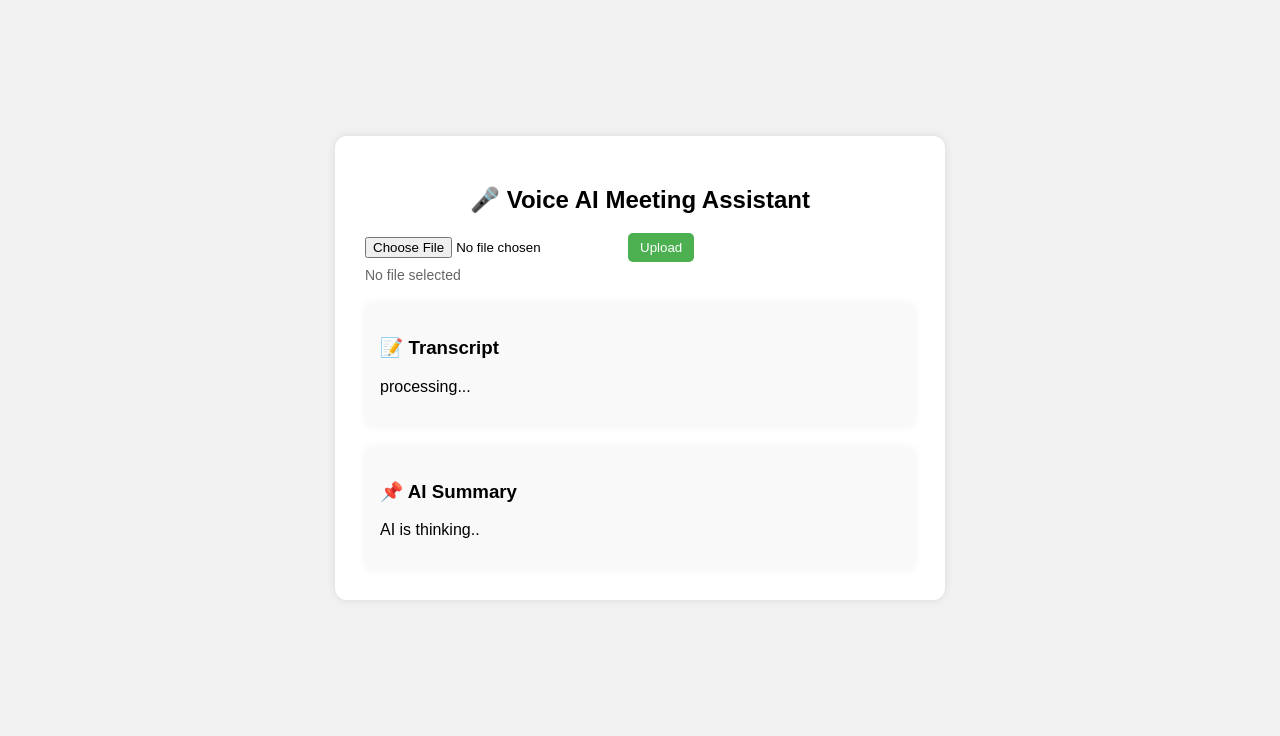
Repository: MujtabaHabib/Voice-AI-Meeting-Assistant
Page: index.html
The author's editor kept a copy of each file at every save. The page is drawn from the files as they stood at one save, then again after the next save.
The browser window is 1280 px wide. The pictures show the whole page.
After loading, the first visible `button` was clicked once.
The page's requests for data from a server got no answer.

Above is the page before, as saved 2026-02-01 22:39:38.

After the next save:
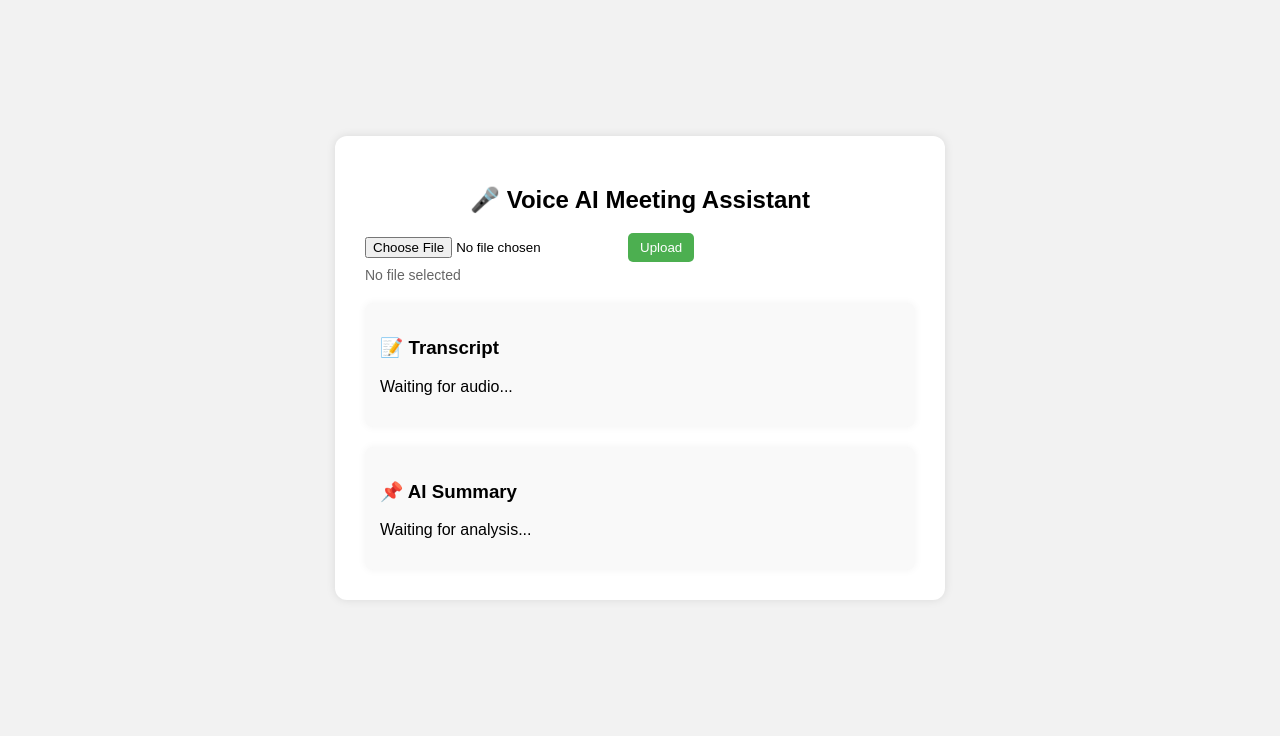
Console error: ReferenceError: file is not defined
Saved 22 s later.
--- a/index.html
+++ b/index.html
@@ -29,7 +29,7 @@
 </div>
 <script>
     async function send() {
-        const file = document.getElementById("audioFile").files[0]
+
 
 
         const form = new FormData()
